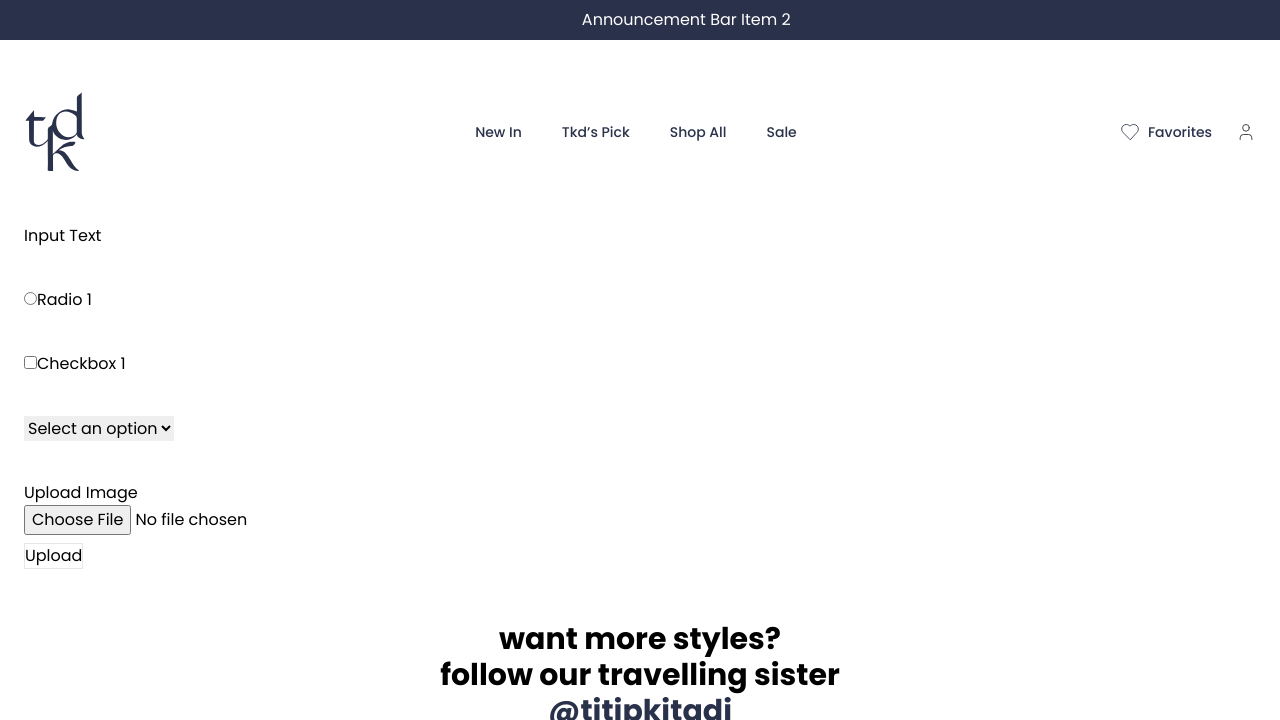
Repository: helmifnandani/online-store
Page: /input
These files come from the project's save history. The page is drawn as it stood at one moment and after the next save; the edit follows.
The browser window is 1280 px wide. The pictures show the whole page.
An inner scrolling area shows only its first screen. The project was rebuilt for these pictures with package versions that can differ from the ones it lists, and the page was loaded fresh each time. Also part of the build but not shown: vite.config.js, src/components/Icons/icon-chevron-right.jsx, src/components/Icons/icon-chevron-down.jsx, src/components/Icons/icon-chevron-left.jsx, src/components/Icons/icon-eye.jsx, src/components/Icons/icon-shopee.jsx, src/components/Icons/icon-tokopedia.jsx, src/components/Icons/icon-close.jsx and 19 more.

Above is the page before, as saved 2024-08-28 18:13:05.

### index.html
<!doctype html>
<html lang="en">
  <head>
    <meta charset="UTF-8" />
    <link
      rel="icon"
      type="image/svg+xml"
      href="/src/assets/images/logo/logo-2.png"
    />
    <meta name="viewport" content="width=device-width, initial-scale=1.0" />
    <title>Titipkitadi.id</title>
  </head>
  <body>
    <div id="root"></div>
    <script type="module" src="/src/main.jsx"></script>
  </body>
</html>

### src/main.jsx
import { StrictMode } from "react";
import { createRoot } from "react-dom/client";
import App from "./App.jsx";
import "./index.css";
import { BrowserRouter } from "react-router-dom";
import { AuthProvider } from "react-auth-kit";

createRoot(document.getElementById("root")).render(
  <StrictMode>
    <BrowserRouter>
      <App />
    </BrowserRouter>
  </StrictMode>,
);

### src/App.jsx
import { useState, useEffect, useRef } from "react";
import { Route, Routes, Navigate } from "react-router-dom";
import Navbar from "./components/Navbar";
import Footer from "./components/Footer";
import Home from "./pages/Home";
import ProductList from "./pages/ProductList";
import ProductDetail from "./pages/ProductDetail";
import Account from "./pages/Account";
import About from "./pages/About";
import Careers from "./pages/Careers";
import Contact from "./pages/Contact";
import Faq from "./pages/Faq";
import Input from "./pages/Input";
import ReturnsExchanges from "./pages/ReturnsExchanges";
import Shipping from "./pages/Shipping";
import { categories } from "./constants";

function App() {
  const [mobileDrawerOpen, setMobileDrawerOpen] = useState(false);
  const [heightNavbar, setHeightNavbar] = useState(0);
  const [isScrolled, setIsScrolled] = useState(false);
  const containerRef = useRef(null);
  const [categoryList, setCategoryList] = useState([]);

  useEffect(() => {
    setCategoryList(categories);
  }, []);
  const toggleNavbar = (e) => {
    e.stopPropagation();
    setMobileDrawerOpen(!mobileDrawerOpen);
  };

  useEffect(() => {
    if (mobileDrawerOpen) {
      document.querySelector("#sidebar").classList.add("translate-x-0");
      document.querySelector("#sidebar").classList.remove("-translate-x-full");
    } else {
      document.querySelector("#sidebar").classList.remove("translate-x-0");
      document.querySelector("#sidebar").classList.add("-translate-x-full");
    }
  }, [mobileDrawerOpen]);

  useEffect(() => {
    var navbar = document.querySelector("#navbar");
    const updateHeight = () => {
      if (navbar) {
        setHeightNavbar(navbar.offsetHeight);
      }
    };

    updateHeight();

    window.addEventListener("resize", updateHeight);

    return () => {
      window.removeEventListener("resize", updateHeight);
    };
  }, []);

  useEffect(() => {
    const handleScroll = () => {
      const element = containerRef.current;
      setIsScrolled(element.scrollTop > 0);
    };

    const element = containerRef.current;
    element.addEventListener("scroll", handleScroll);

    return () => {
      element.removeEventListener("scroll", handleScroll);
    };
  }, []);

  return (
    <div
      id="container"
      ref={containerRef}
      className={`flex h-screen flex-col overflow-x-hidden lg:space-y-10 ${mobileDrawerOpen ? "overflow-y-hidden" : ""} `}
    >
      <Navbar
        toggleNavbar={toggleNavbar}
        mobileDrawerOpen={mobileDrawerOpen}
        isScrolled={isScrolled}
        categoryList={categoryList}
      />
      <div
        className="mx-auto w-full max-w-7xl flex-grow px-4 lg:px-6"
        id="hero_container"
      >
        {mobileDrawerOpen ? (
          <div
            id="drawer_overlay"
            className={`fixed inset-0 bg-black pt-20 transition-opacity duration-300 ${
              mobileDrawerOpen
                ? "z-20 opacity-50"
                : "pointer-events-none opacity-0"
            }`}
            onClick={toggleNavbar}
            style={{ marginTop: `${heightNavbar}px` }}
          ></div>
        ) : (
          <></>
        )}
        <Routes>
          <Route path="/" element={<Home />} />
          <Route path="/input" element={<Input />} />
          <Route path="/products" element={<Navigate to="/products/all" />} />
          <Route
            path="/products/:collection"
            element={<ProductList categoryList={categoryList} />}
          />
          <Route path="/product/:guid" element={<ProductDetail />} />
          <Route path="/account" element={<Account />} />
          <Route path="/about" element={<About />} />
          <Route path="/careers" element={<Careers />} />
          <Route path="/contact" element={<Contact />} />
          <Route path="/faq" element={<Faq />} />
          <Route path="/returnsExchanges" element={<ReturnsExchanges />} />
          <Route path="/shipping" element={<Shipping />} />
        </Routes>
      </div>
      <Footer />
    </div>
  );
}

export default App;

### src/index.css
@import "./assets/css/fonts.css";
@import "./assets/css/slide.css";
@import "./assets/css/media.css";

@tailwind base;
@tailwind components;
@tailwind utilities;

@layer components {
  .btn-link .btn-text {
    @apply relative after:absolute after:-bottom-2px after:left-1/2 after:block after:h-px after:w-0 after:bg-slate-900 after:transition-all after:content-[''] after:hover:left-0 after:hover:w-full;
  }

  .sidebar-icon {
    @apply relative mx-auto mb-2 mt-2 flex h-12 w-12 items-center justify-center rounded-3xl bg-gray-800 text-green-500 transition-all duration-300 ease-linear hover:rounded-xl hover:bg-green-600 hover:text-white;
  }

  .sidebar-tooltip {
    @apply absolute left-14 m-2 w-auto min-w-max origin-left scale-0 rounded-md bg-gray-900 p-2 text-xs font-bold text-white shadow-md transition-all duration-100;
  }
}

:root {
  font-family: "Poppins", sans-serif;
}

.overlayscrollbars-react {
  width: 16rem;
  height: 16rem;
  margin: 0 auto;
  resize: both;
  overflow: auto;
  border-radius: 6px;
  border: 2px solid var(--foreground-color);
  box-shadow: rgb(var(--foreground-color-rgb) / 0.14) 0 0.875rem 3.125rem;
}

#container::-webkit-scrollbar-track {
  -webkit-box-shadow: inset 0 0 6px rgba(0, 0, 0, 0.3);
  background-color: #f5f5f5;
}

#container::-webkit-scrollbar {
  width: 6px;
  background-color: #f5f5f5;
}

#container::-webkit-scrollbar-thumb {
  background-color: #202225;
}

details > summary {
  list-style: none;
}
details > summary::-webkit-details-marker {
  display: none;
}

.transition-height {
  transition:
    height 0.5s ease-in-out,
    max-height 0.5s ease-in-out;
}

### src/components/Footer.jsx
import React from "react";
import Icon from "./Icons";
import Button from "./Button";

const Footer = () => {
  return (
    <div className="container relative mx-auto space-y-10 px-6 py-3 text-sm lg:px-4">
      <div className="flex flex-col items-center justify-center text-center">
        <p className="text-xl font-bold lg:text-3xl">want more styles?</p>
        <p className="text-xl font-bold lg:text-3xl">
          follow our travelling sister
        </p>
        <Button
          isLink={true}
          type={"link"}
          text={"@titipkitadi"}
          urlTarget="https://www.instagram.com/titipkitadi"
          openNewTab={true}
          className={"text-xl !font-bold lg:text-3xl"}
        />
      </div>
      <div className="flex flex-col gap-4 lg:flex-row">
        <div className="basis-auto border-b pb-4 lg:basis-1/3 lg:border-0">
          <ul className="flex flex-col gap-3">
            <li>
              <Button
                className={"!justify-start"}
                isLink={true}
                type={"link"}
                text={"About"}
                urlTarget="About"
              />
            </li>
            <li>
              <Button
                className={"!justify-start"}
                isLink={true}
                type={"link"}
                text={"Contact"}
                urlTarget="Contact"
              />
            </li>
            <li>
              <Button
                className={"!justify-start"}
                isLink={true}
                type={"link"}
                text={"FAQ"}
                urlTarget="Faq"
              />
            </li>
          </ul>
        </div>
        <div className="basis-auto border-b pb-4 lg:basis-1/3 lg:border-0">
          <ul className="flex flex-col gap-3">
            <li>
              <Button
                className={"!justify-start"}
                isLink={true}
                type={"link"}
                text={"Returns & Exchanges"}
                urlTarget="ReturnsExchanges"
              />
            </li>
            <li>
              <Button
                className={"!justify-start"}
                isLink={true}
                type={"link"}
                text={"Shipping"}
                urlTarget="Shipping"
              />
            </li>
            <li>
              <Button
                className={"!justify-start"}
                isLink={true}
                type={"link"}
                text={"Careers"}
                urlTarget="Careers"
              />
            </li>
          </ul>
        </div>
        <div className="basis-auto pb-4 lg:basis-1/3">
          <ul className="flex flex-col gap-3">
            <li className="flex items-center gap-2">
              <Button
                className={"!justify-start"}
                isLink={true}
                type={"link"}
                text={"the.koreandaily"}
                urlTarget="https://www.instagram.com/the.koreandaily"
                iconName={"instagram"}
                iconWidth={20}
                openNewTab={true}
              />
              <Button isLink={true} type={"link"} href={"#"} />
            </li>
            <li className="flex items-center gap-2">
              <Button
                className={"!justify-start"}
                isLink={true}
                type={"link"}
                urlTarget="https://www.instagram.com/titipkitadi"
                text={"titipkitadi"}
                iconName={"instagram"}
                iconWidth={20}
                openNewTab={true}
              />
            </li>
          </ul>
        </div>
      </div>
    </div>
  );
};

export default Footer;

### src/pages/Input.jsx
import { useState, useEffect } from "react";
const input = () => {
  const [radioValue, setRadioValue] = useState("");
  const [checkboxValue, setCheckboxValue] = useState("");
  const [selectedOption, setSelectedOption] = useState("");
  const [file, setFile] = useState(null);

  const handleSelectChange = (event) => {
    setSelectedOption(event.target.value);
  };
  const handleFileChange = (event) => {
    setFile(event.target.files[0]);
  };
  const handleFileUpload = async () => {
    const formData = new FormData();
    formData.append("file", file);
    console.log([...formData]);
  };
  return (
    <div className="space-y-10">
      <div>
        <label>Input Text</label>
        <input type="text" />
      </div>
      <div>
        <input
          type="radio"
          name="categories"
          id="radio_1"
          value="radio_1"
          checked={radioValue === "radio_1"}
          onChange={() => setRadioValue("radio_1")}
        />
        <label htmlFor="radio_1">
          <span>Radio 1</span>
        </label>
      </div>
      <div>
        <input
          type="checkbox"
          name="categories"
          id="chekbox_1"
          value="chekbox_1"
          checked={checkboxValue === "chekbox_1"}
          onChange={() => setCheckboxValue("chekbox_1")}
        />
        <label htmlFor="chekbox_1">
          <span>Checkbox 1</span>
        </label>
      </div>
      <div>
        <select value={selectedOption} onChange={handleSelectChange}>
          <option value="" disabled>
            Select an option
          </option>
          <option value="option1">Option 1</option>
          <option value="option2">Option 2</option>
          <option value="option3">Option 3</option>
        </select>
      </div>
      <div className="block">
        <div>Upload Image</div>
        <div>
          <input type="file" onChange={handleFileChange} className="mb-2" />
        </div>
        <button className="flex-shrink border" onClick={handleFileUpload}>
          Upload
        </button>
      </div>
    </div>
  );
};

export default input;

### src/assets/css/slide.css
.slick-track {
  display: flex;
}

.slick-slide {
  height: auto;
}

.slick-slide > div {
  display: flex;
  height: 100%;
}

.slider-default {
  .slick-dots {
    bottom: 0;
  }

  .slick-dots {
    li {
      button {
        &:before {
          opacity: 0.5;
          color: white;
        }
      }

      &.slick-active {
        button {
          &:before {
            opacity: 1;
            color: white;
          }
        }
      }
    }
  }
}

@layer components {
  .slick-image li {
    @apply size-16;
  }
}
.slick-image {
  bottom: -80px;
  /* transform: translateY(5rem); */
}

### src/assets/css/media.css
.media {
    position: relative;
    display: block;
    overflow: hidden;

    &:before {
        content: ' ';
        display: block;
        width: 100%;
    }

    .media-content {
        position: absolute;
        top: 0;
        left: 0;
        width: 100%;
        height: 100%;
    }

    &.cover {
        .media-content {
            object-fit: cover;
        }
    }

    &.contain {
        .media-content {
            object-fit: contain;
        }
    }
}

### src/components/Icons.jsx
import React from "react";
import Logo from "./Icons/icon-logo.jsx";
import Heart from "./Icons/icon-heart.jsx";
import Profile from "./Icons/icon-profile.jsx";
import Instagram from "./Icons/icon-instagram.jsx";
import ChevronRight from "./Icons/icon-chevron-right.jsx";
import ChevronDown from "./Icons/icon-chevron-down.jsx";
import ChevronLeft from "./Icons/icon-chevron-left.jsx";
import Eye from "./Icons/icon-eye.jsx";
import Shopee from "./Icons/icon-shopee.jsx";
import Tokopedia from "./Icons/icon-tokopedia.jsx";
import Close from "./Icons/icon-close.jsx";
import Menu from "./Icons/icon-menu.jsx";
import Filter from "./Icons/icon-filter.jsx";
import Sort from "./Icons/icon-sort.jsx";
import Whatsapp from "./Icons/icon-whatsapp.jsx";

const Icon = (props) => {
  switch (props.name) {
    case "logo":
      return <Logo {...props} />;
    case "heart":
      return <Heart {...props} />;
    case "profile":
      return <Profile {...props} />;
    case "instagram":
      return <Instagram {...props} />;
    case "chevron-right":
      return <ChevronRight {...props} />;
    case "chevron-left":
      return <ChevronLeft {...props} />;
    case "chevron-down":
      return <ChevronDown {...props} />;
    case "eye":
      return <Eye {...props} />;
    case "shopee":
      return <Shopee {...props} />;
    case "tokopedia":
      return <Tokopedia {...props} />;
    case "close":
      return <Close {...props} />;
    case "menu":
      return <Menu {...props} />;
    case "filter":
      return <Filter {...props} />;
    case "sort":
      return <Sort {...props} />;
    case "whatsapp":
      return <Whatsapp {...props} />;
    default:
  }
};

export default Icon;

### src/components/Button.jsx
import Icon from "./Icons";
import { Link } from "react-router-dom";

const Button = ({
  isLink,
  type = "primary",
  text,
  urlTarget = "#",
  iconName,
  iconWidth = 20,
  onClick,
  btnWidth = "w-auto",
  isPill,
  className = "",
  btnTextClass = "",
  style,
  openNewTab,
  disabled,
}) => {
  let btnStyle = `flex gap-2 items-center justify-center text-center text-sm font-medium transition-all ease-linear ${btnWidth} `;
  switch (type) {
    case "primary":
      btnStyle += `${disabled ? "!bg-gray-100 pointer-events-none !text-gray-400" : ""} px-5 py-2.5 bg-primary-500 text-white hover:bg-gray-700 focus:outline-none `;
      break;
    case "outline":
      btnStyle += `${disabled ? "!bg-gray-100 pointer-events-none !text-gray-400" : ""} px-5 py-2.5 hover:bg-gray-300 border border-primary-500 text-primary-500 `;
      break;
    case "link":
      btnStyle += `${disabled ? "pointer-events-none !text-gray-400" : "text-primary-500"} btn-link`;
      break;
  }

  if (isPill) btnStyle += "rounded-full ";

  btnStyle += ` ${className}`;

  const handleLinkClick = (e) => {
    const overlayElement = document.getElementById("drawer_overlay");
    if (overlayElement) {
      const event = new MouseEvent("click", {
        bubbles: true,
        cancelable: true,
        view: window,
      });
      overlayElement.dispatchEvent(event);
    }
  };

  return (
    <>
      {isLink ? (
        <Link
          to={urlTarget}
          className={btnStyle}
          style={style}
          target={openNewTab ? "_blank" : ""}
          onClick={handleLinkClick}
        >
          {iconName && (
            <span>
              <Icon name={iconName} width={iconWidth} />
            </span>
          )}
          <span className={`btn-text ${btnTextClass}`}>{text}</span>
        </Link>
      ) : (
        <button onClick={onClick} className={btnStyle} style={style}>
          {iconName && (
            <span>
              <Icon name={iconName} width={iconWidth} />
            </span>
          )}
          {text && (
            <span className={type === "link" ? `btn-text ${btnTextClass}` : ""}>
              {text}
            </span>
          )}
        </button>
      )}
    </>
  );
};

export default Button;

### src/components/AnnouncementBar.jsx
import { useEffect, useState } from "react";
import SlideShow from "./SlideShow";
import "slick-carousel/slick/slick.css";
import "slick-carousel/slick/slick-theme.css";
import AnnouncementBarItem from "./AnnouncementBarItem";
import { announcementBarItemsArray } from "../constants";

const AnnouncementBar = ({ isScrolled }) => {
  const [announcementBarItems, setAnnouncementBarItems] = useState([]);

  useEffect(() => {
    setAnnouncementBarItems(announcementBarItemsArray);
    console.log(announcementBarItems);
  }, []);
  return (
    <div
      className={`bg-primary-500 py-2 text-white ${isScrolled ? "h-0 max-h-0" : "h-auto max-h-10"}`}
    >
      <SlideShow
        arrows={false}
        autoplay={true}
        autoplaySpeed={5000}
        fade={false}
      >
        {announcementBarItemsArray.map((item, index) => (
          <div key={index}>
            <AnnouncementBarItem item={item} />
          </div>
        ))}
      </SlideShow>
    </div>
  );
};

export default AnnouncementBar;

### src/components/SlideShow.jsx
import React, { useState, useEffect } from "react";
import Slider from "react-slick";
import "slick-carousel/slick/slick.css";
import "slick-carousel/slick/slick-theme.css";
import Icon from "./Icons";
import Image from "./Image";

const NextArrow = ({ className, cn, style, onClick }) => {
  return (
    <div
      className={`${className} ${cn} right-0 z-10 size-10 lg:right-7 lg:size-16`}
      style={{ ...style, display: "block" }}
      onClick={onClick}
    >
      <Icon
        className="transition-all group-[.slick-disabled]:stroke-gray-200"
        name="chevron-right"
        width={"100%"}
        fill={"#fff"}
      />
    </div>
  );
};

const PrevArrow = ({ className, cn, style, onClick }) => {
  return (
    <div
      className={`${className} ${cn} left-0 z-10 size-10 lg:left-7 lg:size-16`}
      style={{ ...style, display: "block" }}
      onClick={onClick}
    >
      <Icon
        className="transition-all group-[.slick-disabled]:stroke-gray-200"
        name="chevron-left"
        width={"100%"}
        fill={"#fff"}
      />
    </div>
  );
};
const SlideShow = ({
  children,
  fade = true,
  infinite = true,
  speed = 500,
  slidesToShow = 1,
  slidesToScroll = 1,
  waitForAnimate = false,
  autoplay = false,
  autoplaySpeed = 2000,
  pauseOnHover = true,
  className = "slider",
  arrows = true,
  centerMode = false,
  dots = false,
  propsCustomPaging = [],
}) => {
  const [isLargeScreen, setIsLargeScreen] = useState(false);

  useEffect(() => {
    const handleResize = () => {
      setIsLargeScreen(window.innerWidth >= 1024);
    };

    handleResize();
    window.addEventListener("resize", handleResize);

    return () => window.removeEventListener("resize", handleResize);
  }, []);

  const settings = {
    fade,
    infinite,
    speed,
    slidesToShow,
    slidesToScroll,
    waitForAnimate,
    autoplay,
    autoplaySpeed,
    pauseOnHover,
    arrows,
    lazyLoad: true,
    centerMode,
    dots,
    nextArrow: <NextArrow cn={"before:content-[''] group"} />,
    prevArrow: <PrevArrow cn={"before:content-[''] group"} />,
    centerPadding: centerMode ? "8px" : "",
    responsive: [
      {
        breakpoint: 1024,
        settings: {
          slidesToShow,
          slidesToScroll,
        },
      },
      {
        breakpoint: 600,
        settings: {
          slidesToShow: 1,
          slidesToScroll: 1,
        },
        centerPadding: centerMode ? "60px" : "",
      },
    ],
  };

  if (propsCustomPaging.length > 0 && isLargeScreen) {
    (settings.dotsClass = "slick-dots slick-image"),
      (settings.customPaging = function (i) {
        return (
          <a className="">
            <Image
              imgSrc={propsCustomPaging[i]}
              ratio={"aspect-card"}
              className="h-full w-full"
            />
          </a>
        );
      });
  }
  return (
    <div
      className={`slider-container ${arrows ? "" : "overflow-hidden"} ${className} ${propsCustomPaging.length > 0 ? "slider-custom-paging" : "slider-default"}`}
    >
      <Slider {...settings}>{children}</Slider>
    </div>
  );
};

export default SlideShow;

### src/components/Icons/icon-heart.jsx
const SVG = ({
  style = {},
  width = "24",
  height = "24",
  className = "",
  viewBox = "0 0 24 24",
}) => (
  <svg
    width={width}
    style={style}
    height={width}
    viewBox={viewBox}
    xmlns="http://www.w3.org/2000/svg"
    className={`svg-icon ${className || ""}`}
    xmlnsXlink="http://www.w3.org/1999/xlink"
    stroke="currentColor"
    fill="none"
    strokeWidth="1"
    strokeLinecap="round"
    strokeLinejoin="round"
  >
    <path d="M19 14c1.49-1.46 3-3.21 3-5.5A5.5 5.5 0 0 0 16.5 3c-1.76 0-3 .5-4.5 2-1.5-1.5-2.74-2-4.5-2A5.5 5.5 0 0 0 2 8.5c0 2.3 1.5 4.05 3 5.5l7 7Z" />
  </svg>
);

export default SVG;

### src/components/Icons/icon-profile.jsx
const SVG = ({
  style = {},
  fill = "#202225",
  width = "24",
  height = "24",
  className = "",
  viewBox = "0 0 24 24",
}) => (
  <svg
    width={width}
    style={style}
    height={width}
    viewBox={viewBox}
    xmlns="http://www.w3.org/2000/svg"
    className={`svg-icon ${className || ""}`}
    xmlnsXlink="http://www.w3.org/1999/xlink"
    stroke={fill}
    fill="none"
    strokeWidth="1"
    strokeLinecap="round"
    strokeLinejoin="round"
  >
    <path d="M19 21v-2a4 4 0 0 0-4-4H9a4 4 0 0 0-4 4v2" />
    <circle cx="12" cy="7" r="4" />
  </svg>
);

export default SVG;

### src/components/Icons/icon-instagram.jsx
const SVG = ({
  style = {},
  fill = "#202225",
  width = "24",
  height = "24",
  className = "",
  viewBox = "0 0 24 24",
}) => (
  <svg
    width={width}
    style={style}
    height={width}
    viewBox={viewBox}
    xmlns="http://www.w3.org/2000/svg"
    className={`svg-icon ${className || ""}`}
    xmlnsXlink="http://www.w3.org/1999/xlink"
    stroke={fill}
    fill="none"
    strokeWidth="1"
    strokeLinecap="round"
    strokeLinejoin="round"
  >
    <rect width="20" height="20" x="2" y="2" rx="5" ry="5" />
    <path d="M16 11.37A4 4 0 1 1 12.63 8 4 4 0 0 1 16 11.37z" />
    <line x1="17.5" x2="17.51" y1="6.5" y2="6.5" />
  </svg>
);

export default SVG;

### src/components/AnnouncementBarItem.jsx
const AnnouncementBarItem = ({ item }) => {
  console.log(item);
  return <div className="flex justify-center">{item.text}</div>;
};

export default AnnouncementBarItem;

Loaded but not shown: tailwind.config.js (77 lines, source omitted); src/constants/index.jsx (994 lines, source omitted); src/assets/css/fonts.css (257 lines, source omitted); src/components/Icons/icon-logo.jsx (35 lines, source omitted); src/components/Navbar.jsx (192 lines, source omitted)

After the next save:
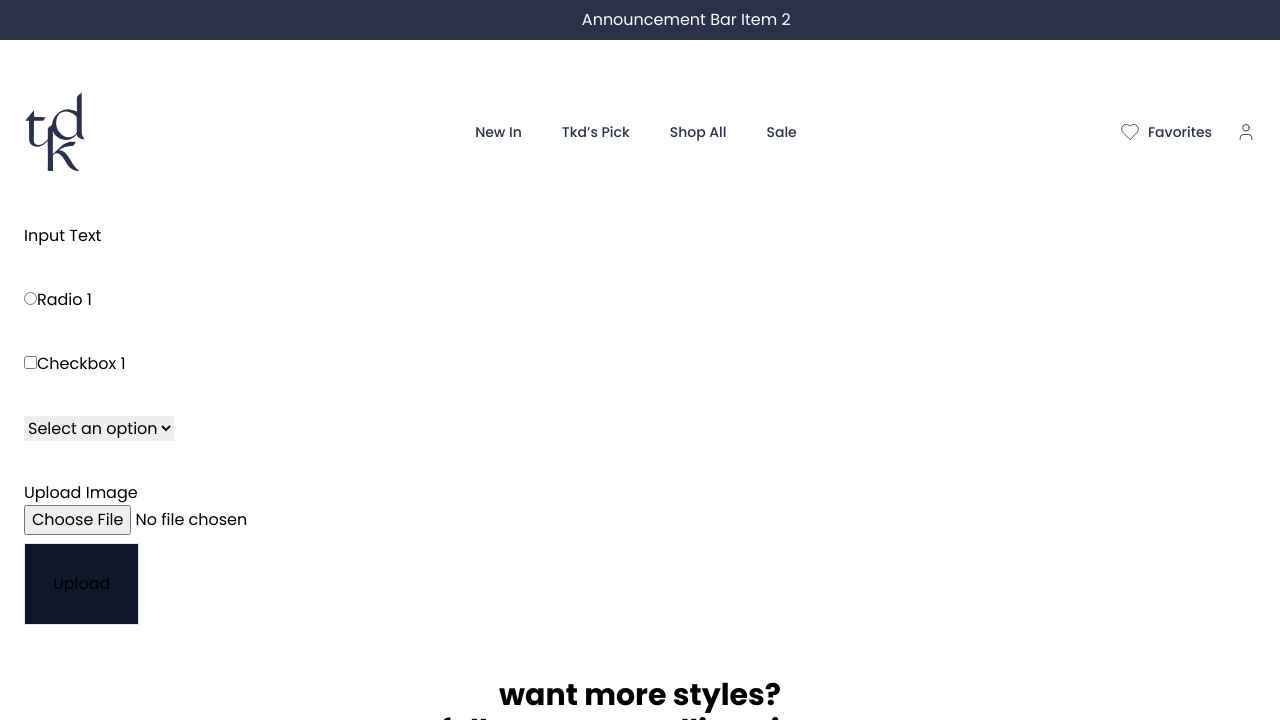
Saved 14 s later.
--- a/src/pages/Input.jsx
+++ b/src/pages/Input.jsx
@@ -63,7 +63,7 @@ const input = () => {
         <div>
           <input type="file" onChange={handleFileChange} className="mb-2" />
         </div>
-        <button className="flex-shrink border" onClick={handleFileUpload}>
+        <button className="border bg-slate-900 p-7" onClick={handleFileUpload}>
           Upload
         </button>
       </div>
